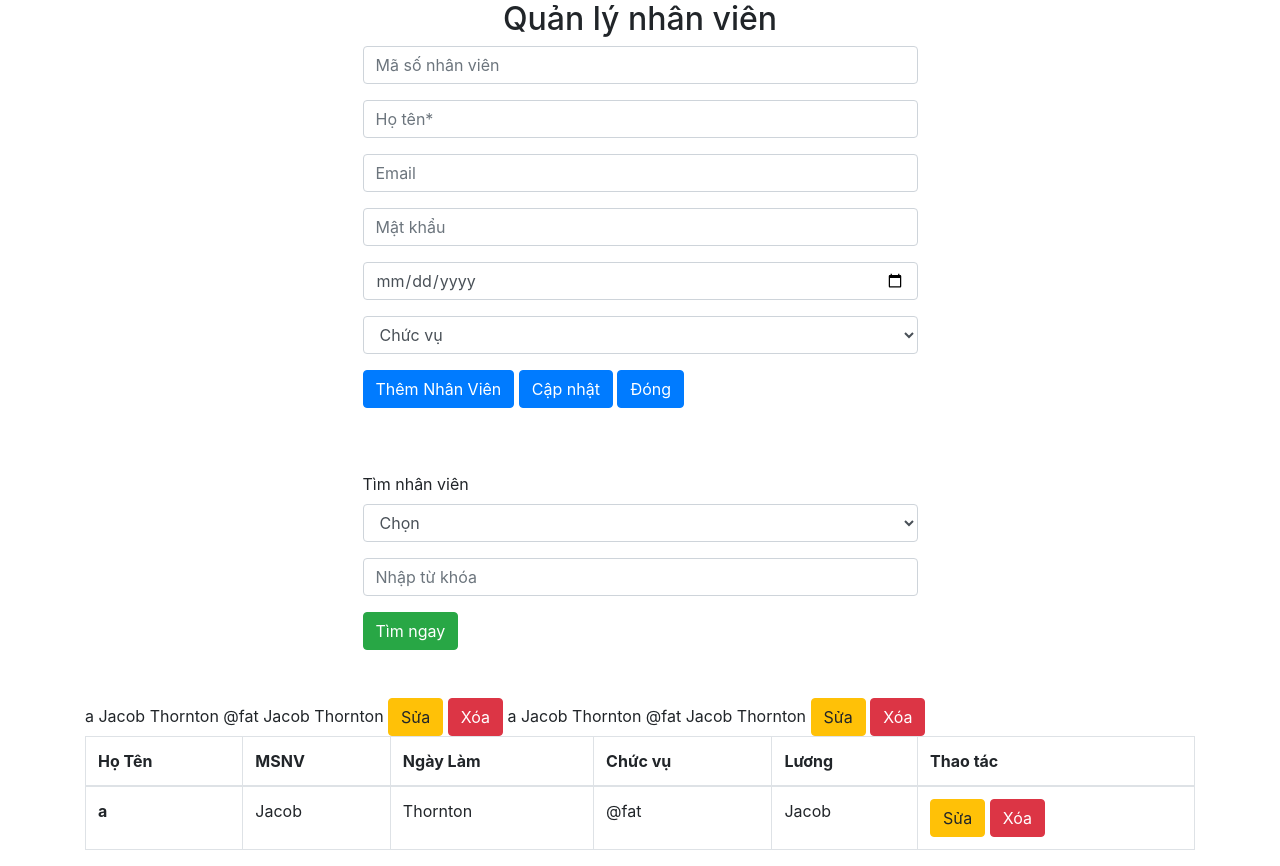
Repository: dovanthao2404/quanlynhanvien
Page: index.html
These files come from the project's save history. The page is drawn as it stood at one moment and after the next save; the edit follows.
The browser window is 1280 px wide. The pictures show the whole page.

Above is the page before, as saved 2021-06-30 00:52:56.

### index.html
<!DOCTYPE html>
<html lang="en">

<head>
  <meta charset="UTF-8">
  <meta http-equiv="X-UA-Compatible" content="IE=edge">
  <meta name="viewport" content="width=device-width, initial-scale=1.0">
  <title>Quan Ly Nhan Vien</title>
  <!-- BOOTSTRAP  -->
  <link rel="stylesheet" href="https://cdn.jsdelivr.net/npm/bootstrap@4.6.0/dist/css/bootstrap.min.css"
    integrity="sha384-B0vP5xmATw1+K9KRQjQERJvTumQW0nPEzvF6L/Z6nronJ3oUOFUFpCjEUQouq2+l" crossorigin="anonymous">
  <!-- MAIN CSS -->
  <link rel="stylesheet" href="./css/style.css">
</head>

<body>
  <div class="main">
    <div class="add-staff">
      <div class="container">
        <form>
          <div class="row">
            <div class="col">
              <div class="add-staff__content w-50 mx-auto">
                <div class="add-staff-title">
                  <h2 id="header-title" class="text-center">Quản lý nhân viên</h2>
                </div>
                <div class="form-group">
                  <input type="text" class="form-control" id="msnv" placeholder="Mã số nhân viên">
                  <span id="thongBaoMNV" class="sp-thongbao text-danger"></span>
                </div>
                <div class="form-group">
                  <input type="text" class="form-control" id="hoTen" placeholder="Họ tên*">
                  <span id="thongBaoHo" class="sp-thongbao text-danger"></span>
                </div>
                <div class="form-group">
                  <input type="text" class="form-control" id="email" placeholder="Email">
                  <span id="thongBaoMNV" class="sp-thongbao text-danger"></span>
                </div>
                <div class="form-group">
                  <input type="password" class="form-control" id="matKhau" placeholder="Mật khẩu">
                  <span id="thongBaoMNV" class="sp-thongbao text-danger"></span>

                </div>
                <div class="form-group">
                  <input type="date" class="form-control" id="ngayLam">
                  <span id="thongBaoNgayLam" class="sp-thongbao text-danger"></span>

                </div>
                <div class="form-group">
                  <select id="chucVu" class="form-control">
                    <option selected>Chức vụ</option>
                    <option>Sếp</option>
                    <option>Trưởng Phòng</option>
                    <option>Nhân Viên</option>
                  </select>
                  <span id="thongBaoChucVu" class="sp-thongbao text-danger"></span>

                </div>
                <div class="form-group">

                  <button class="btn btn-primary" type="button" id="btnThemNhanVien">Thêm Nhân Viên</button>
                  <button class="btn btn-primary" type="button" id="btnCapNhat">Cập nhật</button>
                  <button class="btn btn-primary" type="button" id="btnDong">Đóng</button>
                </div>
              </div>
            </div>
          </div>

        </form>
      </div>
    </div>
    <div class="search-staff my-5">
      <div class="container">
        <div class="add-staff__content w-50 mx-auto">
          <div class="form-group">
            <label for="">Tìm nhân viên</label>
            <select id="" class="form-control">
              <option selected>Chọn</option>
              <option>Theo Tên</option>
              <option>Theo mã</option>
            </select>
            <span class="sp-thongbao text-danger"></span>
          </div>
          <div class="form-group">
            <input class="form-control" type="text" placeholder="Nhập từ khóa">
          </div>
          <div class="form-group">
            <input class="btn btn-success" type="button" value="Tìm ngay">
          </div>
        </div>
      </div>
    </div>
  </div>

  <div class="list-staff">
    <div class="container">
      <div id="list-staff__content">
        <table class="table table-bordered">
          <thead>
            <tr>
              <th scope="col">Họ Tên</th>
              <th scope="col">MSNV</th>
              <th scope="col">Ngày Làm</th>
              <th scope="col">Chức vụ</th>
              <th scope="col">Lương</th>
              <th scope="col">Thao tác</th>
            </tr>
          </thead>
          <tboby id="tableDanhSach">
            <tr>
              <th scope="row">a</th>
              <td>Jacob</td>
              <td>Thornton</td>
              <td>@fat</td>
              <td>Jacob</td>
              <td>
                <button class="btn btn-warning" id="sua">Sửa</button>
                <button class="btn btn-danger" id="xoa">Xóa</button>
              </td>
            </tr>
          </tboby>
        </table>
      </div>
    </div>
  </div>
  <!-- BOOSTRAP -->
  <script src="https://code.jquery.com/jquery-3.5.1.slim.min.js"
    integrity="sha384-DfXdz2htPH0lsSSs5nCTpuj/zy4C+OGpamoFVy38MVBnE+IbbVYUew+OrCXaRkfj"
    crossorigin="anonymous"></script>
  <script src="https://cdn.jsdelivr.net/npm/bootstrap@4.6.0/dist/js/bootstrap.bundle.min.js"
    integrity="sha384-Piv4xVNRyMGpqkS2by6br4gNJ7DXjqk09RmUpJ8jgGtD7zP9yug3goQfGII0yAns"
    crossorigin="anonymous"></script>
  <script src="./js/NhanVien.js"></script>
  <script src="js/CongTy.js"></script>
  <script src="js/main.js"></script>
</body>

</html>

### js/NhanVien.js
class NhanVien {

  constructor(maNV, hoTen, email, matKhau, ngayLamViec, chucVu) {
    this.maNV = maNV;
    this.hoTen = hoTen;
    this.email = email;
    this.matKhau = matKhau;
    this.ngayLamViec = ngayLamViec;
    this.chucVu = chucVu;
    this.mangDoiChieu = [this.maNV, this.hoTen, this.email
      , this.matKhau, this.ngayLamViec, this.chucVu];
  }
}

### js/CongTy.js
class CongTy {
  constructor() {
    this.DanhSachNhanVien = [];
  }
  // Phương thức thêm nhân viên mới vào mảng (thuộc tính) DanhSachNhanVien
  ThemNhanVien(nhanVienMoi) {
    this.DanhSachNhanVien = [...this.DanhSachNhanVien, nhanVienMoi];
  }

  // Phước thức tìm nhân viên theo mã nhân viên, trả về vị trí nhân viên trong mảng DanhSachNhanVien
  TimViTriNhanVien(maNV) {
    // return this.DanhSachNhanVien.find(nhanVien => nhanVien.maNV === maNV)
    for (let viTri in this.DanhSachNhanVien) {
      if (this.DanhSachNhanVien[viTri].maNV === maNV) {
        return viTri;
      }
    }
    return -1;
  }

  // Tìm nhân viên theo mã trả về nhân viên
  TimNhanVienTheoMa(maNV) {
    let viTri = this.TimViTriNhanVien(maNV);
    if (viTri != -1) {
      return this.DanhSachNhanVien[viTri];
    } else {
    }
  }

  // Xóa nhân viên theo mã
  XoaNhanVien(maNV) {
    let viTri = this.TimViTriNhanVien(maNV);
    if (viTri != -1) {
      this.DanhSachNhanVien.splice(viTri, 1);
    } else {
    }
  }

  // Sửa nhân viên
  SuaNhanVien(nhanVien) {
    let viTri = this.TimViTriNhanVien(nhanVien.maNV);
    this.DanhSachNhanVien[viTri] = nhanVien;
  }

  // Tìm nhân viên theo tên --> trả về danh sách nhân viên
  TimNhanVienTheoTen(hoTen) {
    let dskq = new CongTy();
    hoTen = hoTen.trim().toUpperCase();
    for (let nhanVien of this.DanhSachNhanVien) {
      let hoTenNV = nhanVien.hoTen.trim().toUpperCase();
      if (hoTenNV.search(hoTen) !== -1) {
        dskq.ThemNhanVien(nhanVien);
      }
    }
    return dskq;
  }
}

### js/main.js
function getEle(ele) {
  return document.getElementById(ele);
}

var congTy = new CongTy();
var nhanVienMoi = new NhanVien('1', "Do Van Thao", 'abc@gmail.com', 'truongthikhanhngan', 'ngayLamViec', 'chucVu');
congTy.ThemNhanVien(nhanVienMoi);
nhanVienMoi = new NhanVien('2', "Truong Thi Khanh Ngan", 'abc@gmail.com', 'truongthikhanhngan', 'ngayLamViec', 'chucVu');
congTy.ThemNhanVien(nhanVienMoi);

// Ham goi modal popup: Them Nhan Vien or Sua thong tin nhan vien
GoiModal = (modal_title, readonly = false, type = 1) => {
  // type = 1: them nhan vien, type = 2: sua thong tin
  getEle('header-title').innerHTML = modal_title;
  getEle('msnv').readonly = readonly;

  switch (type) {
    case 1: //Them nhanVien
      getEle("btnThemNhanVien").style.display = "inline-block";
      getEle("btnCapNhat").style.display = "none";
      getEle("btnDong").style.display = "inline-block";
      break;

    case 2:
      getEle("btnCapNhat").style.display = "inline-block";
      getEle("btnThemNhanVien").style.display = "none";
      getEle("btnDong").style.display = "inline-block";
      break;
  }
}

// Reset form
XoaForm = () => {
  let elements = document.getElementsByTagName('input');
  for (let element of elements) {
    element.value = '';
  }
  document.getElementById('chucVu').selectedIndex = 0;
}

let trangHienThi = 1;
// HienThiDanhSach = (dsnv) => {
//   let tbody = getEle("tableDanhSach");
//   let htmls = '';
//   let soNV = dsnv.length;
//   for (let i = 0; i < soNV; i++) {
//     htmls += `<tr>
//       <th scope="row">${dsnv[i].maNV}</th>
//       <td>Jacob</td>
//       <td>Thornton</td>
//       <td>@fat</td>
//       <td>Jacob</td>
//       <td>Thornton</td>
//       <td>
//         <button class="btn btn-warning" id="sua">Sửa</button>
//         <button class="btn btn-danger" id="xoa">Xóa</button>
//       </td>
//     </tr>`
//   }
//   tbody.innerHTML = htmls;
// }
// HienThiDanhSach(congTy.DanhSachNhanVien);

function HienThiDanhSach(dsnv) {
  var tbody = document.querySelector('#list-staff__content #tableDanhSach');
  console.log(tbody);
  // let tbody = getEle("tableDanhSach");
  var htmls = '';
  let soNV = dsnv.length;
  for (let i = 0; i < soNV; i++) {
    htmls += `<tr>
          <th scope="row">a</th>
          <td>Jacob</td>
          <td>Thornton</td>
          <td>@fat</td>
          <td>Jacob</td>
          <td>Thornton</td>
          <td>
            <button class="btn btn-warning" id="sua">Sửa</button>
            <button class="btn btn-danger" id="xoa">Xóa</button>
          </td>
        </tr>`
  }
  tbody.innerHTML = htmls;
}
HienThiDanhSach(congTy.DanhSachNhanVien);

Loaded but not shown: css/style.css (common file)

After the next save:
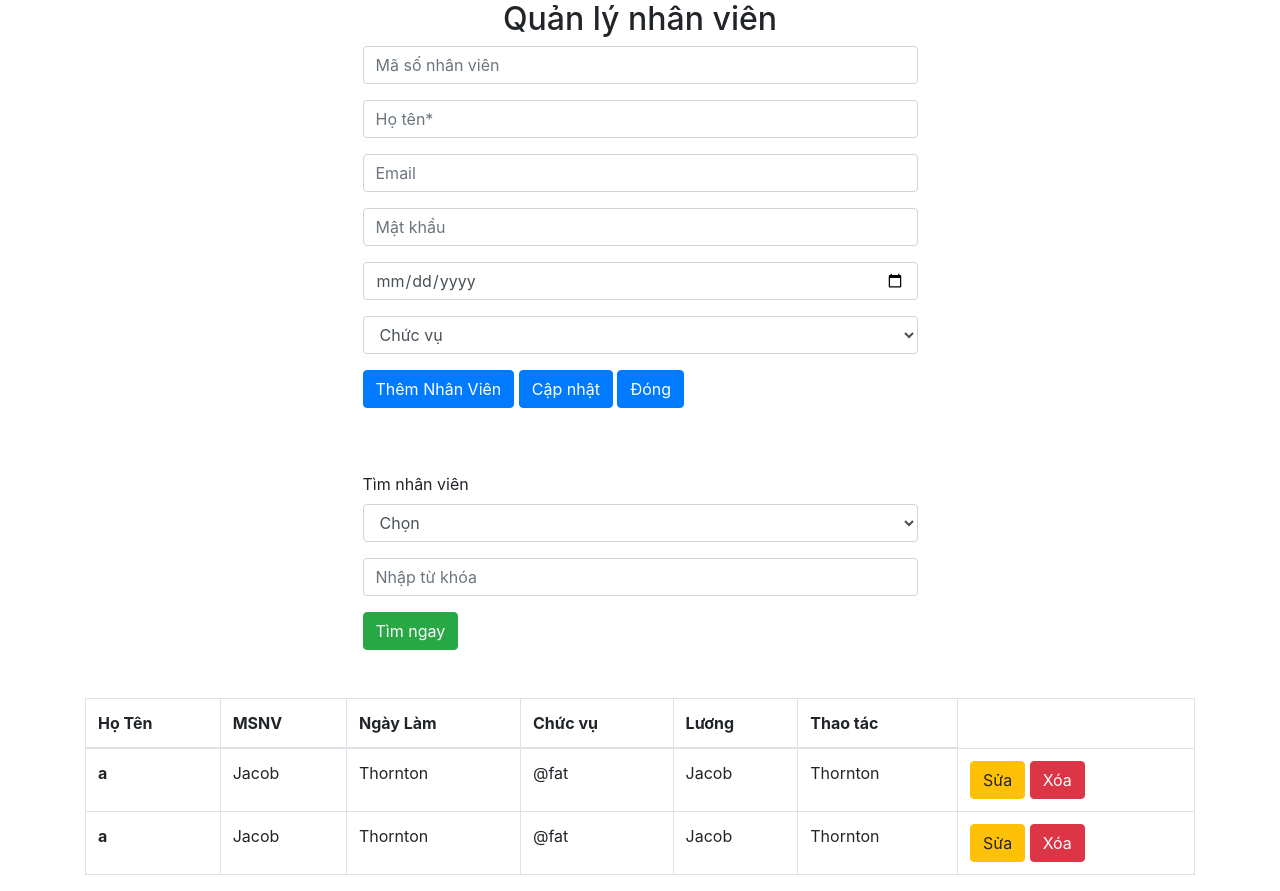
Saved 23 s later.
--- a/js/main.js
+++ b/js/main.js
@@ -62,7 +62,7 @@ let trangHienThi = 1;
 // HienThiDanhSach(congTy.DanhSachNhanVien);
 
 function HienThiDanhSach(dsnv) {
-  var tbody = document.querySelector('#list-staff__content #tableDanhSach');
+  var tbody = document.querySelector('table tbody');
   console.log(tbody);
   // let tbody = getEle("tableDanhSach");
   var htmls = '';
